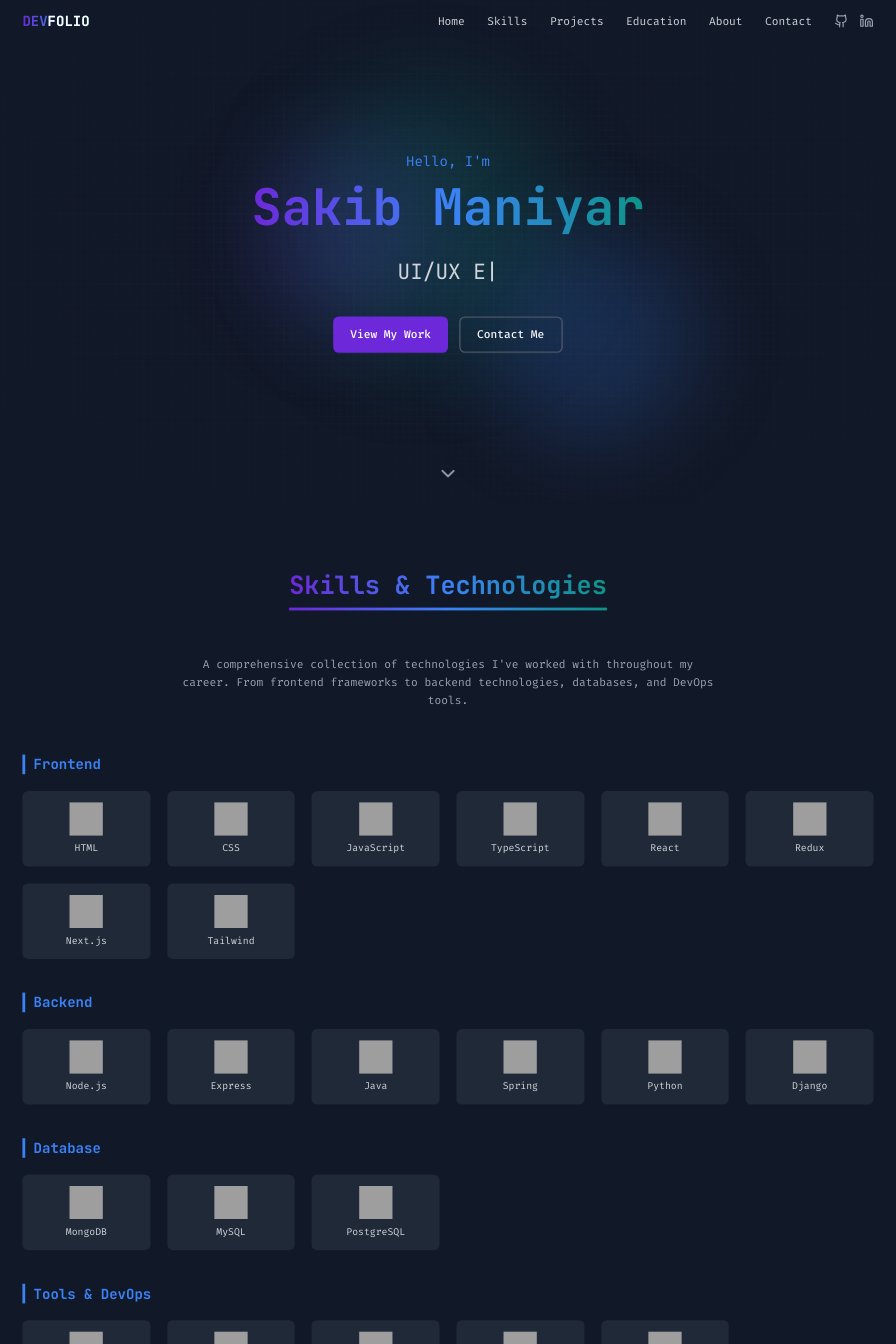
Repository: Saquib45/portfolio
Page: /
An editor plug-in stored every save of this project. The page is shown before and after a run of saves, followed by the edit.
The browser window is 1280 px wide. The pictures show the part of the page from y = 0 to 1920 px (the page is 7480 px tall), at 70% of full size.
Pictures or frames that could not be fetched are drawn as grey boxes. The project was rebuilt for these pictures with package versions that can differ from the ones it lists, and the page was loaded fresh each time. Also part of the build but not shown: vite.config.ts.

Above is the page before, as saved 2025-04-23 20:10:44.

### index.html
<!doctype html>
<html lang="en">
  <head>
    <meta charset="UTF-8" />
    <link rel="icon" type="image/svg+xml" href="/vite.svg" />
    <meta name="viewport" content="width=device-width, initial-scale=1.0" />
    <title>Developer Portfolio | Fullstack Software Engineer</title>
    <link rel="preconnect" href="https://fonts.googleapis.com">
    <link rel="preconnect" href="https://fonts.gstatic.com" crossorigin>
    <link href="https://fonts.googleapis.com/css2?family=JetBrains+Mono:wght@400;500;700&family=Fira+Code:wght@300;400;500;700&display=swap" rel="stylesheet">
  </head>
  <body>
    <div id="root"></div>
    <script type="module" src="/src/main.tsx"></script>
  </body>
</html>

### src/App.tsx
import React from 'react';
import Navbar from './components/Navbar';
import Hero from './components/Hero';
import Skills from './components/Skills';
import Projects from './components/Projects';
import Education from './components/Education';
import About from './components/About';
import Contact from './components/Contact';
import Footer from './components/Footer';
import FloatingNav from './components/FloatingNav';

function App() {
  return (
    <div className="bg-gray-900 text-gray-100 font-fira">
      <Navbar />
      <main>
        <Hero />
        <Skills />
        <Projects />
        <Education />
        <About />
        <Contact />
      </main>
      <Footer />
      <FloatingNav />
    </div>
  );
}

export default App;

### src/index.css
@tailwind base;
@tailwind components;
@tailwind utilities;

@layer base {
  html {
    scroll-behavior: smooth;
  }

  body {
    @apply bg-gray-900 text-gray-100;
    overflow-x: hidden;
  }

  h1, h2, h3, h4, h5, h6 {
    @apply font-jetbrains font-bold;
  }

  h1 {
    @apply text-4xl md:text-5xl lg:text-6xl;
  }

  h2 {
    @apply text-3xl md:text-4xl;
  }

  h3 {
    @apply text-2xl md:text-3xl;
  }

  p {
    @apply leading-relaxed;
  }
}

@layer components {
  .container-custom {
    @apply container mx-auto px-4 sm:px-6 lg:px-8 max-w-7xl;
  }

  .gradient-text {
    @apply bg-clip-text text-transparent bg-gradient-to-r from-primary via-accent to-secondary;
  }

  .section-padding {
    @apply py-16 md:py-24;
  }

  .section-title {
    @apply text-3xl md:text-4xl font-bold mb-12 text-center relative pb-4 inline-block;
  }

  .section-title::after {
    content: '';
    @apply absolute bottom-0 left-0 w-full h-1 bg-gradient-to-r from-primary via-accent to-secondary;
  }

  .card {
    @apply bg-gray-800 rounded-lg p-6 transition-all;
  }

  .btn {
    @apply inline-flex items-center justify-center px-6 py-3 rounded-lg font-medium transition-all duration-300 focus:outline-none focus:ring-2 focus:ring-offset-2 focus:ring-offset-gray-900;
  }

  .btn-primary {
    @apply bg-primary hover:bg-primary-600 text-white focus:ring-primary;
  }

  .btn-secondary {
    @apply bg-secondary hover:bg-secondary-600 text-white focus:ring-secondary;
  }

  .btn-accent {
    @apply bg-accent hover:bg-accent-600 text-white focus:ring-accent;
  }

  .btn-outline {
    @apply border-2 border-gray-600 hover:border-primary hover:text-primary focus:ring-primary;
  }

  .input {
    @apply block w-full px-4 py-3 bg-gray-800 border border-gray-700 rounded-lg focus:outline-none focus:ring-2 focus:ring-primary focus:border-transparent transition-colors;
  }
}

/* Scroll animations */
.fade-in-section {
  opacity: 0;
  transform: translateY(20px);
  transition: opacity 0.6s ease-out, transform 0.6s ease-out;
}

.fade-in-section.is-visible {
  opacity: 1;
  transform: translateY(0);
}

/* Project card hover effect */
.project-card {
  transition: transform 0.3s ease, box-shadow 0.3s ease;
}

.project-card:hover {
  transform: translateY(-5px);
  box-shadow: 0 10px 20px rgba(0, 0, 0, 0.2);
}

/* Cursor animation */
.cursor {
  display: inline-block;
  width: 2px;
  height: 1em;
  background-color: currentColor;
  margin-left: 2px;
  animation: blink 1s infinite;
}

@keyframes blink {
  0%, 100% { opacity: 1; }
  50% { opacity: 0; }
}

/* Skill card hover effect */
.skill-card {
  transition: all 0.3s ease;
}

.skill-card:hover {
  transform: translateY(-5px);
  box-shadow: 0 0 15px rgba(109, 40, 217, 0.5);
}

### src/components/Hero.tsx
import React from 'react';
import { motion } from 'framer-motion';
import { TypeAnimation } from 'react-type-animation';
import { ChevronDown } from 'lucide-react';
import { Link } from 'react-scroll';

const Hero: React.FC = () => {
  return (
    <section
      id="hero"
      className="relative min-h-screen flex items-center justify-center bg-hero-pattern bg-gray-900 overflow-hidden"
    >
      <div className="absolute inset-0 bg-gradient-radial from-transparent to-gray-900 z-0"></div>

      {/* Animated Background Elements */}
      <div className="absolute inset-0 z-0">
        <motion.div
          className="absolute top-1/4 left-1/4 w-64 h-64 bg-primary/20 rounded-full blur-3xl"
          animate={{
            x: [0, 50, 0],
            y: [0, 30, 0],
          }}
          transition={{
            duration: 15,
            repeat: Infinity,
            ease: "easeInOut"
          }}
        />
        <motion.div
          className="absolute bottom-1/3 right-1/3 w-96 h-96 bg-secondary/20 rounded-full blur-3xl"
          animate={{
            x: [0, -70, 0],
            y: [0, 40, 0],
          }}
          transition={{
            duration: 18,
            repeat: Infinity,
            ease: "easeInOut",
            delay: 1
          }}
        />
        <motion.div
          className="absolute top-1/2 right-1/4 w-72 h-72 bg-accent/20 rounded-full blur-3xl"
          animate={{
            x: [0, 60, 0],
            y: [0, -40, 0],
          }}
          transition={{
            duration: 20,
            repeat: Infinity,
            ease: "easeInOut",
            delay: 2
          }}
        />
      </div>

      <div className="container-custom relative z-10">
        <motion.div
          className="text-center"
          initial={{ opacity: 0, y: 20 }}
          animate={{ opacity: 1, y: 0 }}
          transition={{ duration: 0.8 }}
        >
          <motion.p
            className="text-lg md:text-xl text-accent mb-4"
            initial={{ opacity: 0 }}
            animate={{ opacity: 1 }}
            transition={{ delay: 0.2, duration: 0.8 }}
          >
            Hello, I'm
          </motion.p>

          <motion.h1
            className="text-4xl md:text-6xl lg:text-7xl font-bold mb-6"
            initial={{ opacity: 0 }}
            animate={{ opacity: 1 }}
            transition={{ delay: 0.4, duration: 0.8 }}
          >
            <span className="gradient-text">Sakib Maniyar</span>
          </motion.h1>

          <motion.div
            className="text-xl md:text-3xl text-gray-300 mb-8 h-16 flex justify-center items-center"
            initial={{ opacity: 0 }}
            animate={{ opacity: 1 }}
            transition={{ delay: 0.6, duration: 0.8 }}
          >
            <TypeAnimation
              sequence={[
                'Fullstack Developer',
                2000,
                'UI/UX Enthusiast',
                2000,
                'Problem Solver',
                2000,
                'Code Craftsman',
                2000,
              ]}
              speed={50}
              repeat={Infinity}
              className="font-jetbrains"
            />
          </motion.div>

          <motion.div
            className="flex flex-col sm:flex-row justify-center gap-4"
            initial={{ opacity: 0 }}
            animate={{ opacity: 1 }}
            transition={{ delay: 0.8, duration: 0.8 }}
          >
            <Link
              to="projects"
              smooth={true}
              duration={800}
              offset={-70}
              className="btn btn-primary"
            >
              View My Work
            </Link>
            <Link
              to="contact"
              smooth={true}
              duration={800}
              offset={-70}
              className="btn btn-outline"
            >
              Contact Me
            </Link>
          </motion.div>
        </motion.div>
      </div>

      <div className="absolute bottom-8 left-1/2 transform -translate-x-1/2 z-10">
        <motion.div
          animate={{ y: [0, 10, 0] }}
          transition={{
            duration: 1.5,
            repeat: Infinity,
            ease: "easeInOut"
          }}
        >
          <Link
            to="skills"
            smooth={true}
            duration={800}
            className="cursor-pointer"
          >
            <ChevronDown className="w-8 h-8 text-gray-400 hover:text-white transition-colors" />
          </Link>
        </motion.div>
      </div>
    </section>
  );
};

export default Hero;

### src/components/Education.tsx
import React from 'react';
import { motion } from 'framer-motion';
import { useInView } from 'react-intersection-observer';

interface EducationItem {
  degree: string;
  institution: string;
  period: string;
  description: string;
}

const Education: React.FC = () => {
  const [ref, inView] = useInView({
    triggerOnce: true,
    threshold: 0.1,
  });

  const containerVariants = {
    hidden: { opacity: 0 },
    visible: {
      opacity: 1,
      transition: {
        staggerChildren: 0.3,
      },
    },
  };

  const itemVariants = {
    hidden: { x: -50, opacity: 0 },
    visible: {
      x: 0,
      opacity: 1,
      transition: { duration: 0.6, ease: "easeOut" },
    },
  };

  const education: EducationItem[] = [
    {
      degree: "Master of Science in Computer Science",
      institution: "Stanford University",
      period: "2019 - 2021",
      description: "Specialized in Artificial Intelligence and Machine Learning. Completed thesis on 'Neural Network Optimization Techniques for Real-time Applications'."
    },
    {
      degree: "Bachelor of Engineering in Computer Science",
      institution: "Massachusetts Institute of Technology",
      period: "2015 - 2019",
      description: "Graduated with honors. Participated in various hackathons and coding competitions. Active member of the university's programming club."
    },
    {
      degree: "Full Stack Web Development Bootcamp",
      institution: "Coding Academy",
      period: "Summer 2018",
      description: "Intensive 12-week bootcamp covering modern web development technologies including React, Node.js, and database design."
    },
  ];

  return (
    <section id="education" className="section-padding bg-gray-900 relative overflow-hidden">
      <div className="container-custom">
        <div className="text-center mb-16">
          <h2 className="section-title inline-block">
            <span className="gradient-text">Education</span>
          </h2>
          <p className="mt-4 text-gray-400 max-w-3xl mx-auto">
            My academic journey and qualifications that have shaped my understanding of computer science and software development.
          </p>
        </div>

        {/* Decorative code background */}
        <div className="absolute inset-0 opacity-5 text-xs font-mono overflow-hidden pointer-events-none">
          {Array.from({ length: 50 }).map((_, i) => (
            <div key={i} className="whitespace-nowrap">
              {`function algorithm${i}() { const data = processInput(); return optimize(transform(data)); }`}
            </div>
          ))}
        </div>

        <motion.div
          ref={ref}
          variants={containerVariants}
          initial="hidden"
          animate={inView ? "visible" : "hidden"}
          className="relative z-10 max-w-3xl mx-auto"
        >
          <div className="absolute left-6 top-6 bottom-6 w-1 bg-gradient-to-b from-primary via-accent to-secondary"></div>

          {education.map((item, index) => (
            <motion.div
              key={index}
              variants={itemVariants}
              className="mb-12 ml-12 relative"
            >
              <div className="absolute -left-16 top-0 w-8 h-8 bg-gray-800 border-4 border-primary rounded-full"></div>
              <div className="bg-gray-800 rounded-lg p-6 hover:shadow-lg transition-shadow">
                <span className="inline-block px-3 py-1 text-xs font-semibold text-white bg-primary rounded-full mb-3">
                  {item.period}
                </span>
                <h3 className="text-xl font-bold mb-2">{item.degree}</h3>
                <h4 className="text-lg text-accent mb-3">{item.institution}</h4>
                <p className="text-gray-400">{item.description}</p>
              </div>
            </motion.div>
          ))}
        </motion.div>

        <div className="mt-12 text-center relative z-10">
          <a
            href="#"
            className="inline-flex items-center text-accent hover:text-primary transition-colors"
          >
            <span>View Certifications</span>
            <svg
              xmlns="http://www.w3.org/2000/svg"
              className="h-4 w-4 ml-2"
              fill="none"
              viewBox="0 0 24 24"
              stroke="currentColor"
            >
              <path
                strokeLinecap="round"
                strokeLinejoin="round"
                strokeWidth={2}
                d="M9 5l7 7-7 7"
              />
            </svg>
          </a>
        </div>
      </div>
    </section>
  );
};

export default Education;

### src/components/Footer.tsx
import React from 'react';
import { Github, Linkedin, Twitter, ArrowUp } from 'lucide-react';
import { Link } from 'react-scroll';

const Footer: React.FC = () => {
  const currentYear = new Date().getFullYear();

  return (
    <footer className="bg-gray-950 pt-16 pb-6 relative">
      <div className="container-custom">
        <div className="grid grid-cols-1 md:grid-cols-2 lg:grid-cols-4 gap-8 mb-12">
          <div>
            <h4 className="text-xl font-bold mb-4 gradient-text">
              DEVFOLIO
            </h4>
            <p className="text-gray-400 mb-4">
              Fullstack developer specializing in building exceptional digital experiences.
            </p>
            <div className="flex space-x-4">
              <a
                href="https://github.com"
                target="_blank"
                rel="noopener noreferrer"
                className="text-gray-400 hover:text-primary transition-colors"
                aria-label="GitHub"
              >
                <Github size={20} />
              </a>
              <a
                href="https://linkedin.com"
                target="_blank"
                rel="noopener noreferrer"
                className="text-gray-400 hover:text-accent transition-colors"
                aria-label="LinkedIn"
              >
                <Linkedin size={20} />
              </a>
              <a
                href="https://twitter.com"
                target="_blank"
                rel="noopener noreferrer"
                className="text-gray-400 hover:text-secondary transition-colors"
                aria-label="Twitter"
              >
                <Twitter size={20} />
              </a>
            </div>
          </div>

          <div>
            <h4 className="text-lg font-bold mb-4">Navigation</h4>
            <ul className="space-y-2">
              {['Home', 'Skills', 'Projects', 'Education', 'About', 'Contact'].map((item) => (
                <li key={item}>
                  <Link
                    to={item.toLowerCase()}
                    smooth={true}
                    duration={500}
                    offset={-70}
                    className="text-gray-400 hover:text-primary transition-colors cursor-pointer"
                  >
                    {item}
                  </Link>
                </li>
              ))}
            </ul>
          </div>

          <div>
            <h4 className="text-lg font-bold mb-4">Services</h4>
            <ul className="space-y-2">
              {['Web Development', 'Frontend Design', 'Backend Systems', 'API Development', 'Database Design', 'UI/UX Design'].map((item) => (
                <li key={item}>
                  <span className="text-gray-400 cursor-default">{item}</span>
                </li>
              ))}
            </ul>
          </div>

          <div>
            <h4 className="text-lg font-bold mb-4">Contact</h4>
            <ul className="space-y-2 text-gray-400">
              <li>San Francisco, California</li>
              <li>contact@johndoe.dev</li>
              <li>+1 (234) 567-8900</li>
            </ul>
          </div>
        </div>

        <div className="border-t border-gray-800 pt-6 mt-6 flex flex-col sm:flex-row justify-between items-center">
          <p className="text-gray-500 text-sm mb-4 sm:mb-0">
            &copy; {currentYear} John Doe. All rights reserved.
          </p>
          <Link
            to="hero"
            smooth={true}
            duration={800}
            className="p-3 bg-gray-800 rounded-full text-gray-400 hover:text-white transition-colors cursor-pointer"
            aria-label="Back to top"
          >
            <ArrowUp size={20} />
          </Link>
        </div>
      </div>
    </footer>
  );
};

export default Footer;

### src/components/FloatingNav.tsx
import React, { useState, useEffect } from 'react';
import { Link } from 'react-scroll';
import { Home, Code, Briefcase, GraduationCap, User, Mail, Menu, X } from 'lucide-react';

const FloatingNav: React.FC = () => {
  const [isVisible, setIsVisible] = useState(false);
  const [isOpen, setIsOpen] = useState(false);

  useEffect(() => {
    const toggleVisibility = () => {
      if (window.scrollY > 300) {
        setIsVisible(true);
      } else {
        setIsVisible(false);
        setIsOpen(false);
      }
    };

    window.addEventListener('scroll', toggleVisibility);
    return () => window.removeEventListener('scroll', toggleVisibility);
  }, []);

  const toggleMenu = () => {
    setIsOpen(!isOpen);
  };

  const navItems = [
    { name: 'Home', icon: <Home size={18} />, target: 'hero' },
    { name: 'Skills', icon: <Code size={18} />, target: 'skills' },
    { name: 'Projects', icon: <Briefcase size={18} />, target: 'projects' },
    { name: 'Education', icon: <GraduationCap size={18} />, target: 'education' },
    { name: 'About', icon: <User size={18} />, target: 'about' },
    { name: 'Contact', icon: <Mail size={18} />, target: 'contact' },
  ];

  if (!isVisible) return null;

  return (
    <div className="fixed bottom-6 right-6 z-50">
      <button
        onClick={toggleMenu}
        className={`w-12 h-12 rounded-full flex items-center justify-center ${
          isOpen ? 'bg-primary text-white' : 'bg-gray-800 text-white'
        } shadow-lg hover:shadow-xl transition-all duration-300 focus:outline-none`}
        aria-label={isOpen ? 'Close navigation menu' : 'Open navigation menu'}
      >
        {isOpen ? <X size={20} /> : <Menu size={20} />}
      </button>

      {isOpen && (
        <div className="absolute right-0 bottom-16 p-2 bg-gray-800 rounded-lg shadow-xl">
          <ul className="space-y-2">
            {navItems.map((item) => (
              <li key={item.name}>
                <Link
                  to={item.target}
                  smooth={true}
                  duration={500}
                  offset={-70}
                  onClick={() => setIsOpen(false)}
                  className="flex items-center px-4 py-2 rounded-lg hover:bg-gray-700 text-gray-300 hover:text-white transition-colors cursor-pointer"
                >
                  <span className="mr-3">{item.icon}</span>
                  <span>{item.name}</span>
                </Link>
              </li>
            ))}
          </ul>
        </div>
      )}
    </div>
  );
};

export default FloatingNav;

Loaded but not shown: src/main.tsx (common file); tailwind.config.js (68 lines, source omitted); src/components/Contact.tsx (242 lines, source omitted); src/components/Skills.tsx (140 lines, source omitted); src/components/Projects.tsx (168 lines, source omitted); src/components/About.tsx (113 lines, source omitted); src/components/Navbar.tsx (154 lines, source omitted)

After the next 2 saves:
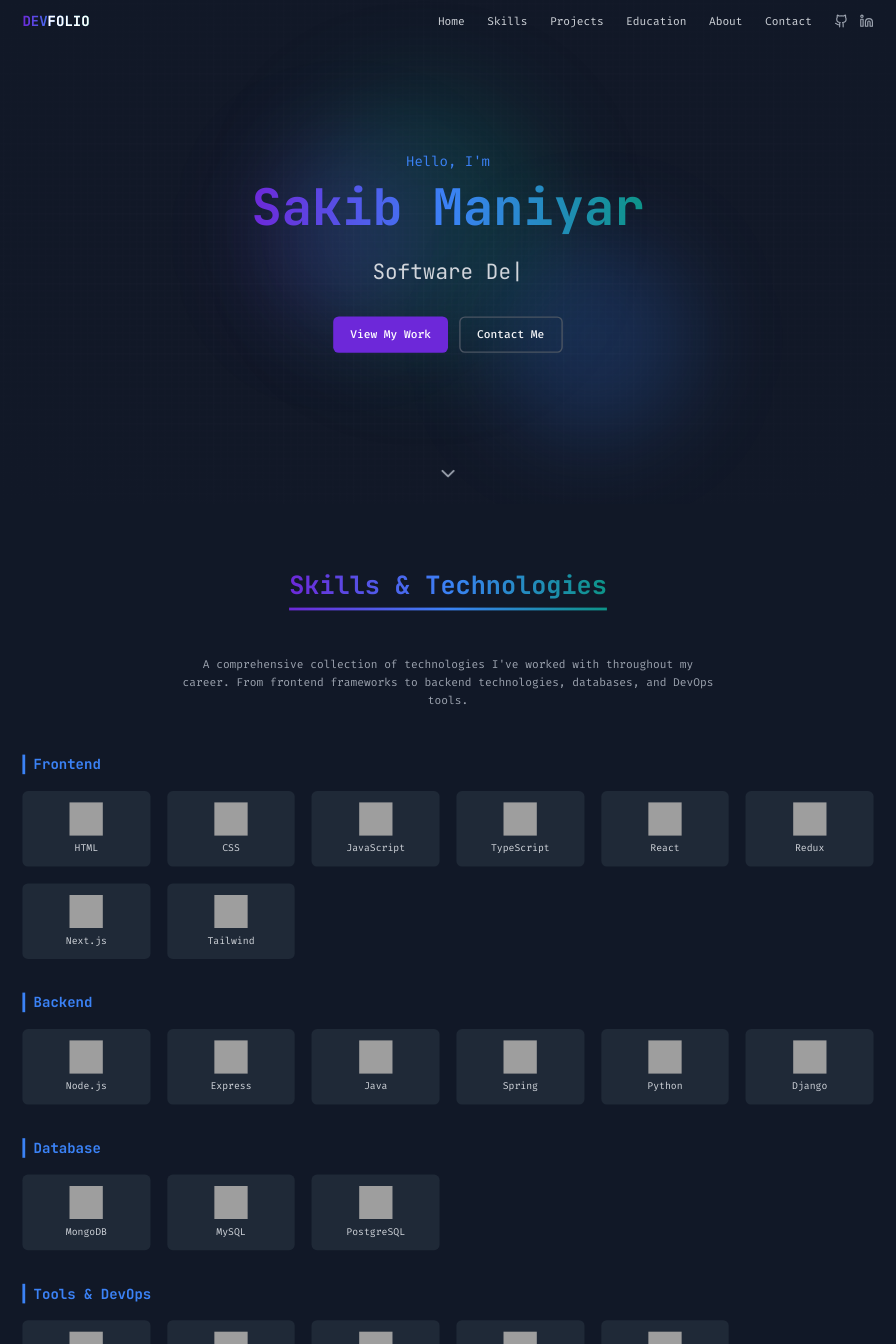
The 2 saves are shown as one change because they came seconds apart.
The last was saved 20 s later.
--- a/src/components/Hero.tsx
+++ b/src/components/Hero.tsx
@@ -89,7 +89,7 @@ const Hero: React.FC = () => {
               sequence={[
                 'Fullstack Developer',
                 2000,
-                'UI/UX Enthusiast',
+                'Software Developer',
                 2000,
                 'Problem Solver',
                 2000,
